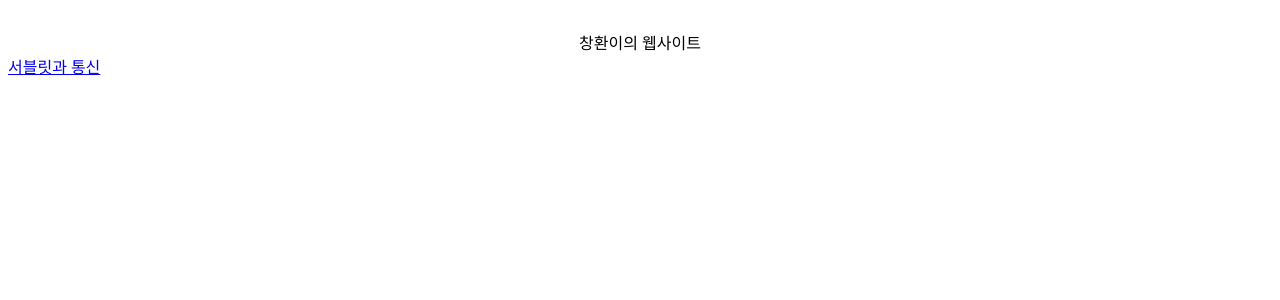
Repository: nohchanghwan/Java_study
Page: sampleWEB1/build/classes/greeting.html
An editor plug-in stored every save of this project. The page is shown before and after the next save, followed by the edit.
The browser window is 1280 px wide. The pictures show the whole page.

Above is the page before, as saved 2017-07-21 03:10:56.

After the next save:
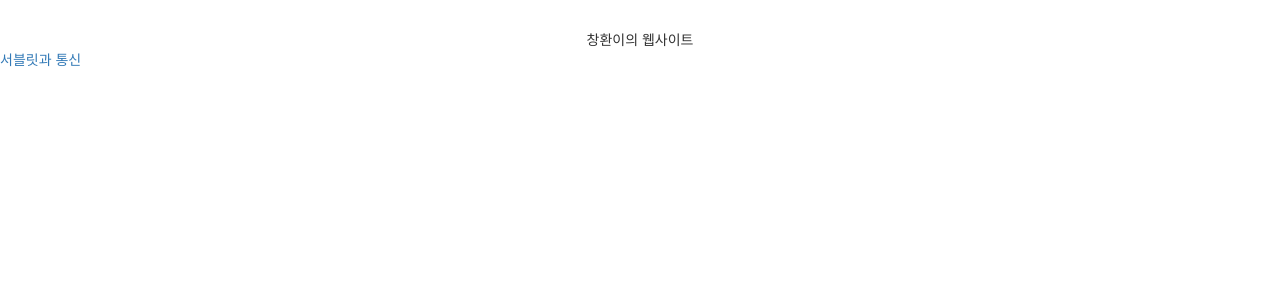
Console error (its wording comes from the project's code and is left out).
Saved 12 s later.
--- a/sampleWEB1/build/classes/greeting.html
+++ b/sampleWEB1/build/classes/greeting.html
@@ -4,7 +4,15 @@
 <head>
 <meta charset="EUC-KR">
 <title>Insert title here</title>
+<!-- 합쳐지고 최소화된 최신 CSS -->
+<link rel="stylesheet" href="https://maxcdn.bootstrapcdn.com/bootstrap/3.3.2/css/bootstrap.min.css">
 
+<!-- 부가적인 테마 -->
+<link rel="stylesheet" href="https://maxcdn.bootstrapcdn.com/bootstrap/3.3.2/css/bootstrap-theme.min.css">
+
+<!-- 합쳐지고 최소화된 최신 자바스크립트 -->
+<script src="https://maxcdn.bootstrapcdn.com/bootstrap/3.3.2/js/bootstrap.min.js"></script>
+</head>
 
 <body>
 	<div align="center" style="margin-top:30px">

After the 2 saves that followed:
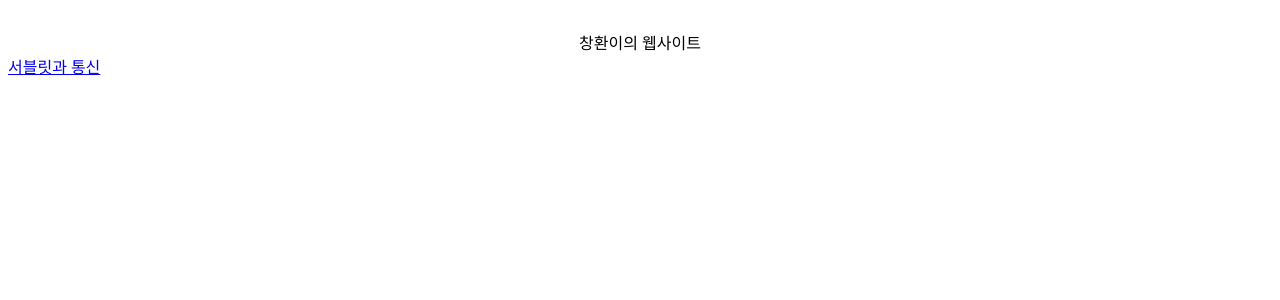
The error is gone.
The 2 saves are shown as one change because 1 left the picture as it was.
The last was saved 14 min 14 s later.
--- a/sampleWEB1/build/classes/greeting.html
+++ b/sampleWEB1/build/classes/greeting.html
@@ -4,21 +4,13 @@
 <head>
 <meta charset="EUC-KR">
 <title>Insert title here</title>
-<!-- 합쳐지고 최소화된 최신 CSS -->
-<link rel="stylesheet" href="https://maxcdn.bootstrapcdn.com/bootstrap/3.3.2/css/bootstrap.min.css">
-
-<!-- 부가적인 테마 -->
-<link rel="stylesheet" href="https://maxcdn.bootstrapcdn.com/bootstrap/3.3.2/css/bootstrap-theme.min.css">
-
-<!-- 합쳐지고 최소화된 최신 자바스크립트 -->
-<script src="https://maxcdn.bootstrapcdn.com/bootstrap/3.3.2/js/bootstrap.min.js"></script>
 </head>
 
 <body>
 	<div align="center" style="margin-top:30px">
 	  창환이의 웹사이트
 	</div>
-	<a href="./test.do">서블릿과 통신</a>
+	<a href="./test.do?id=nochang">서블릿과 통신</a>
 	<div align="right">
 
 	</div>
